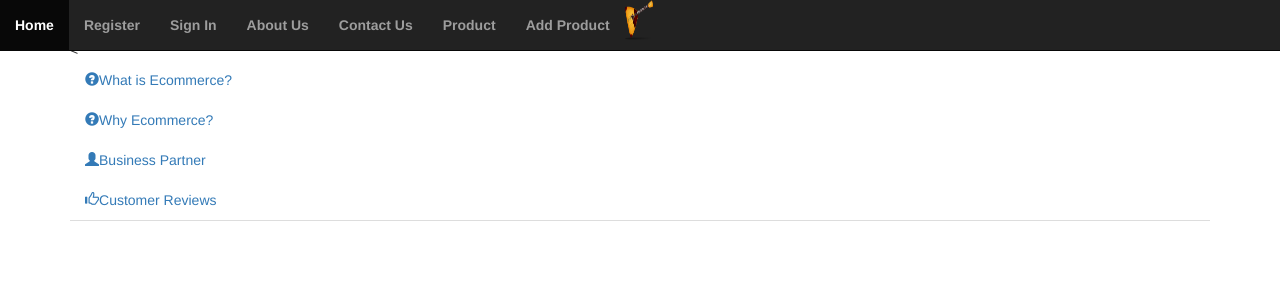
Repository: aradhana15/myFinalRepository
Page: http://localhost/music/WEB-INF/views/yecomm.jsp
These files come from the project's save history. The page is drawn as it stood at one moment and after the next save; the edit follows.
The browser window is 1280 px wide. The pictures show the whole page.
The page is served by Tomcat 9. Nobody is signed in. The template is opened directly, without the code that normally fills it, so the values that code supplies are empty.

Above is the page before, as saved 2016-04-23 16:46:25.
Console error (its wording comes from the project's code and is left out).

After the next save:
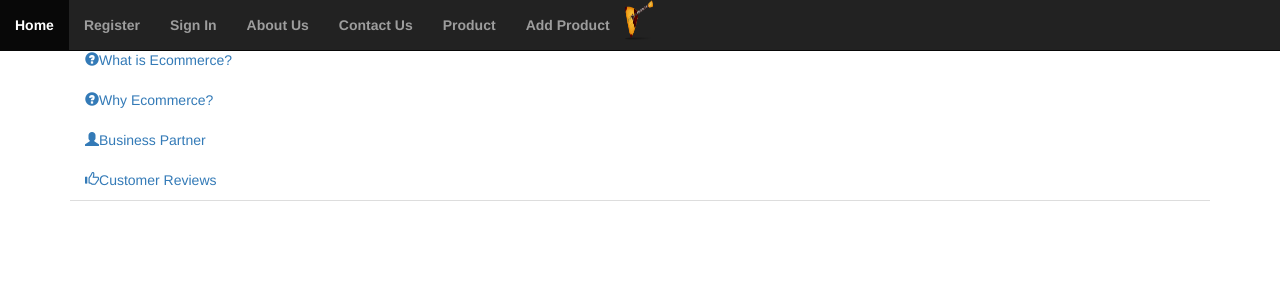
Saved 9 s later.
--- a/wwf/music/src/main/webapp/WEB-INF/views/header.jsp
+++ b/wwf/music/src/main/webapp/WEB-INF/views/header.jsp
@@ -35,7 +35,7 @@
 			<span class="sr-only">Toggle navigation</span> <span class="icon-bar"></span>
 			<span class="icon-bar"></span> <span class="icon-bar"></span>
 		</button>
-		< <ul class="nav">
+		<ul class="nav">
 			<li class="active"><a href="whatecomm"> <i
 					class="glyphicon glyphicon-question-sign"></i>What is Ecommerce?</a>
 			<li><a href="yecomm"> <i
